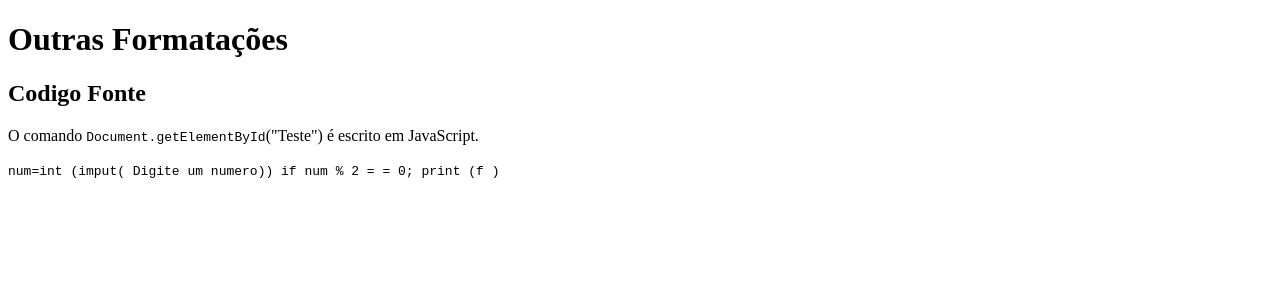
Repository: Guillermomarcon/exercicios
Page: ex009/index.html
The author's editor kept a copy of each file at every save. The page is drawn from the files as they stood at one save, then again after a run of saves.
The browser window is 1280 px wide. The pictures show the whole page.

Above is the page before, as saved 2020-12-10 01:28:07.

After the next 3 saves:
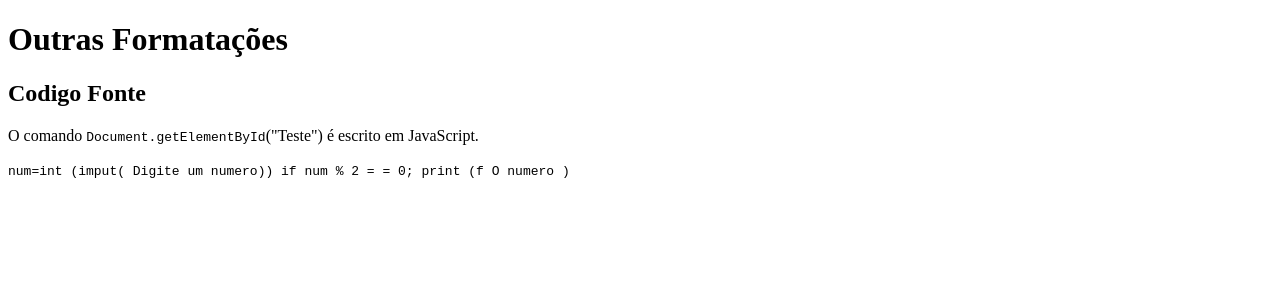
The 3 saves are shown as one change because they came seconds apart.
The last was saved 7 s later.
--- a/ex009/index.html
+++ b/ex009/index.html
@@ -13,7 +13,7 @@
         <code>
             num=int (imput( Digite um numero))
             if num % 2 = = 0;
-            print (f )
+            print (f O numero )
         </code>
     </p>
 
